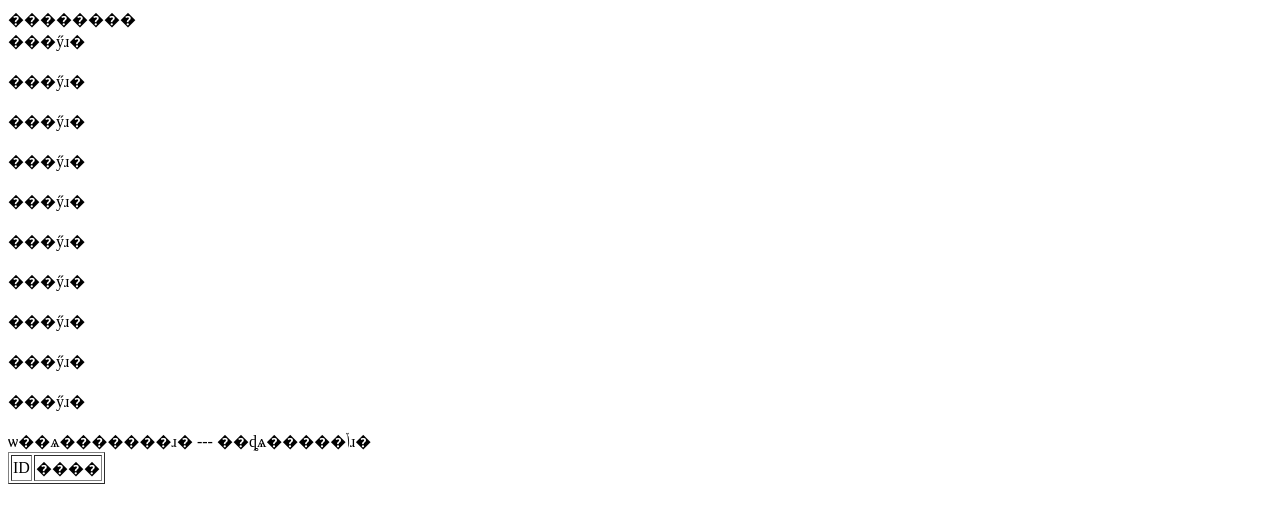
Repository: ZxxWs/P_M_learn
Page: http://localhost/
These files come from the project's save history. The page is drawn as it stood at one moment and after the next save; the edit follows.
The browser window is 1280 px wide. The pictures show the whole page.
The page is run by PHP 8.4 with error messages shown; the project is at /var/www/html/. Queries for data that is not in the repository find no rows.

Above is the page before, as saved 2019-03-20 09:55:13.

### MySQL2/index.php
<?php
//对字段的操作

$host="127.0.0.1";
$conn=mysqli_connect($host);

$con=mysqli_select_db($conn, "test");
if($con)
    echo "连接正常<br/>";


 //向数据库添加数据
add();
function add(){
global $conn;
$addid=00010;
$addname=array("a","b","c","d","e","f","g","h","i","j");
for($i=0;$i<10;$i++){
    $addid+=$i;
$add="insert into ppp".
    "(id,name)".
    "values".
    "('$addid''$addname[$i]')";
$addend=mysqli_query($conn,$add);
if($addend)echo"添加成功<br/>";
else{
    die('连接失败: ' . mysqli_error($conn));
}
echo "<br />";

}}


//$Id=$_POST["ID"];

//echo "删除的ID为".$Id."<br/>";
function drop($Idd){
    global $conn;
    $dropID="delete from ppp where id=".$Idd;
    $dropadd=mysqli_query($conn,$dropID);
    if($dropadd)
        echo "删除成功<br/>";
}



$readdata='select id,name from ppp';
$selecttable=mysqli_select_db($conn, 'test');//选择表
if($selecttable)
    echo "选择学生表单成功";
    echo "  ---  \0";
    $readendl=mysqli_query($conn, $readdata);
    if($readendl)
        echo "读取学生数据成功";
        echo "<br/>";

        echo '<table border="1"><td>ID</td><td>姓名</td></tr>';
        while($whilee=mysqli_fetch_array($readendl,MYSQLI_ASSOC)){//每次读取的数据会复制给$whilee
            echo "<tr><td>{$whilee['id']}</td>".                //参数MYSQLI_ASSOC查询结果返回关联数据
                "<td>{$whilee['name']}</td>".
                "</tr>";
        }
        echo '</table>'."<br/>";

After the next save:
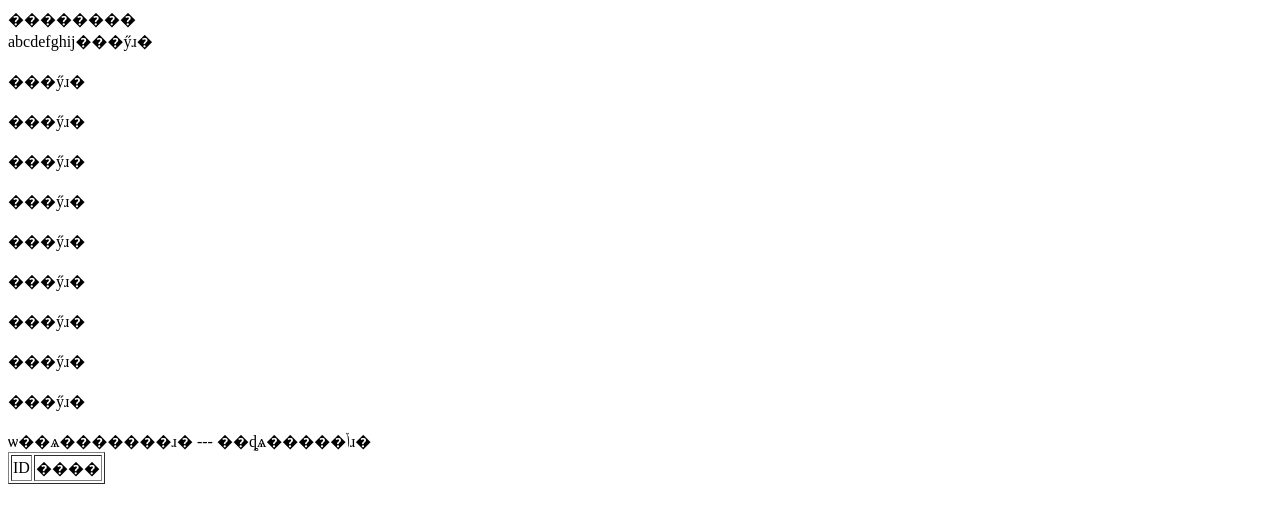
Saved 118 s later.
--- a/MySQL2/index.php
+++ b/MySQL2/index.php
@@ -8,7 +8,9 @@ $con=mysqli_select_db($conn, "test");
 if($con)
     echo "连接正常<br/>";
 
-
+$addname=array("a","b","c","d","e","f","g","h","i","j");
+for($i=0;$i<10;$i++)
+    echo "$addname[$i]";
  //向数据库添加数据
 add();
 function add(){
